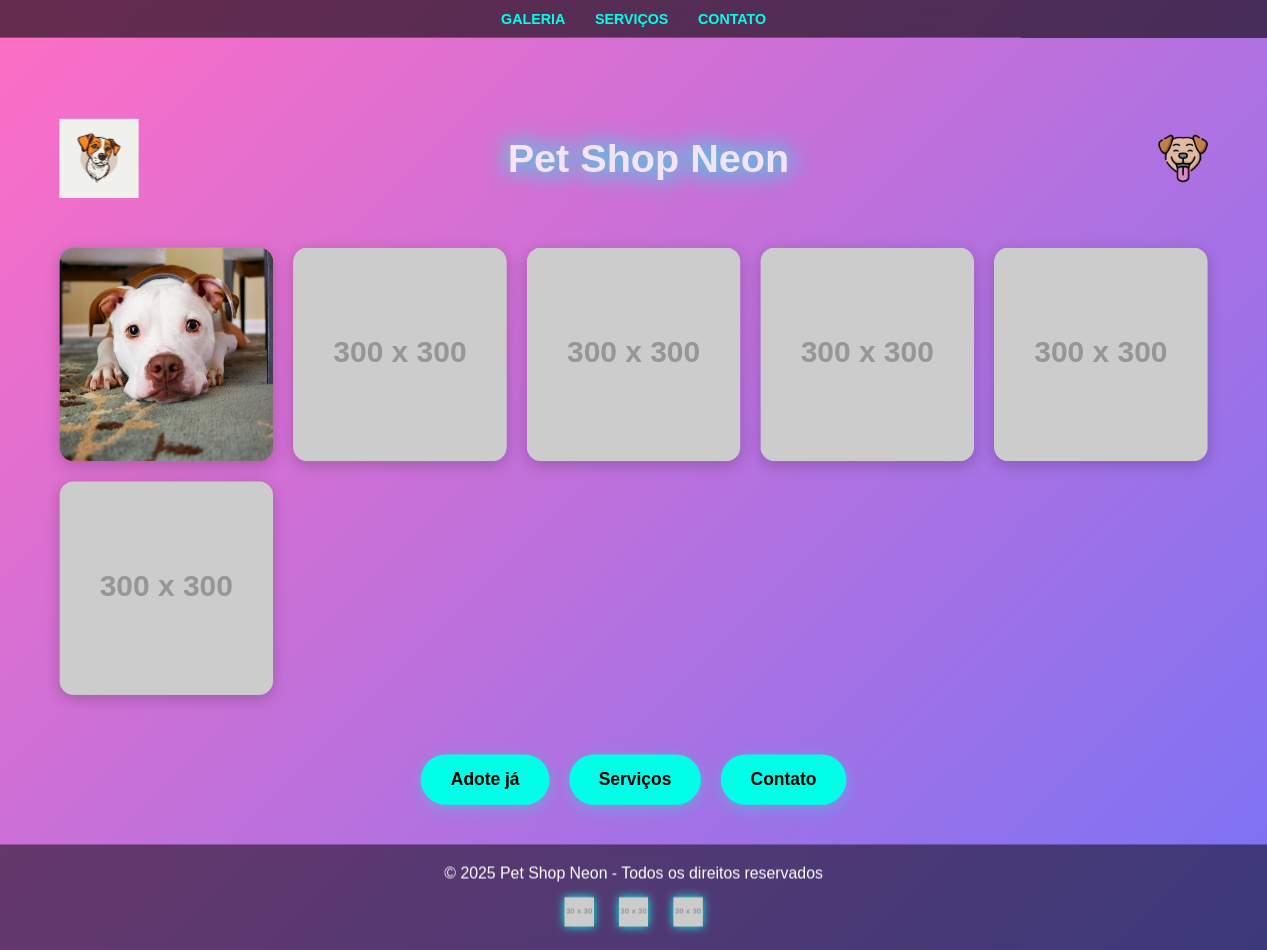
Repository: Sandro1969-tech/Desafio-petshop
Page: index.html
The author's editor kept a copy of each file at every save. The page is drawn from the files as they stood at one save, then again after the next save.
The browser window is 1280 px wide. The pictures show the whole page, at 99% of full size.

Above is the page before, as saved 2025-12-09 18:36:21.

### index.html
<!DOCTYPE html>
<html lang="pt-BR">
<head>
  <meta charset="UTF-8">
  <meta name="viewport" content="width=device-width, initial-scale=1.0">
  <title>Pet Shop Moderno</title>
  <link rel="stylesheet" href="style.css">
</head>
<body>
  <nav class="navbar">
    <ul>
      <li><a href="#gallery">Galeria</a></li>
      <li><a href="#services">Serviços</a></li>
      <li><a href="#contact">Contato</a></li>
    </ul>
  </nav>

  <header>
    <img src="assets/image/logo.jpg" alt="Logo Pet Shop" class="logo">

    <h1 class="neon-title">Pet Shop Neon</h1>

    <img src="assets/image/icon.png" alt="Ícone Pet Shop" class="icon">
  </header>

  <main>
    <section id="gallery" class="gallery">
      <img src="assets/image/cao1.jpg" alt="dog 1">
      <img src="https://via.placeholder.com/300" alt="Pet 2">
      <img src="https://via.placeholder.com/300" alt="Pet 3">
      <img src="https://via.placeholder.com/300" alt="Pet 4">
      <img src="https://via.placeholder.com/300" alt="Pet 5">
      <img src="https://via.placeholder.com/300" alt="Pet 6">
    </section>

    <section id="services" class="buttons">
      <button>Adote já</button>
      <button>Serviços</button>
      <button>Contato</button>
    </section>
  </main>

  <footer id="contact">
    <p>© 2025 Pet Shop Neon - Todos os direitos reservados</p>
    <div class="social-icons">
       <a href="https://instagram.com" target="_blank">
        <img src="https://via.placeholder.com/30?text=IG" alt="Instagram">
      </a>
      <a href="https://wa.me/seunumerowhatsapp" target="_blank">
        <img src="https://via.placeholder.com/30?text=WA" alt="WhatsApp">
      </a>
      <a href="https://facebook.com" target="_blank">
        <img src="https://via.placeholder.com/30?text=FB" alt="Facebook">
      </a>
    </div>
  </footer>
</body>
</html>

### style.css
/* Reset básico */
* {
  margin: 0;
  padding: 0;
  box-sizing: border-box;
}

/* Melhoria 2: Rolagem suave ao clicar nos links do menu */
html {
  scroll-behavior: smooth;
}

/* Fundo com gradiente vibrante e Sticky Footer */
body {
  font-family: 'Arial', sans-serif;
  background: linear-gradient(135deg, #ff6ec4, #7873f5);
  color: #fff;
  min-height: 100vh;
  display: flex;
  flex-direction: column;
}

/* Barra de navegação fixa */
.navbar {
  position: fixed;
  top: 0;
  width: 100%;
  background: rgba(0,0,0,0.6);
  padding: 10px 0;
  z-index: 1000;
  backdrop-filter: blur(5px); /* Adiciona um leve desfoque atrás do menu */
}

.navbar ul {
  list-style: none;
  display: flex;
  justify-content: center;
  gap: 30px;
}

.navbar a {
  text-decoration: none;
  color: #00ffe7;
  font-weight: bold;
  transition: color 0.3s;
  text-transform: uppercase; /* Deixa os links em caixa alta para mais destaque */
  font-size: 0.9rem;
}

.navbar a:hover {
  color: #ff6ec4;
}

/* Cabeçalho */
header {
  display: flex;
  justify-content: space-between;
  align-items: center;
  padding: 120px 20px 30px; /* Aumentei um pouco o padding superior */
  max-width: 1200px; /* Limita a largura em telas muito grandes */
  margin: 0 auto; /* Centraliza se a tela for muito grande */
  width: 100%;
}

.logo {
  width: 80px;
  height: auto; /* Garante a proporção */
}

.icon {
  width: 50px;
  height: auto;
}

/* Título neon com animação */
.neon-title {
  font-size: 2.5rem;
  text-align: center; /* Garante que o texto centralize se quebrar linha */
  color: #fff;
  text-shadow: 0 0 5px #00ffe7, 0 0 10px #00ffe7, 0 0 20px #00ffe7;
  animation: flicker 2s infinite alternate;
}

@keyframes flicker {
  0% { opacity: 1; text-shadow: 0 0 5px #00ffe7, 0 0 10px #00ffe7; }
  50% { opacity: 0.8; text-shadow: 0 0 20px #00ffe7, 0 0 30px #00ffe7; }
  100% { opacity: 1; text-shadow: 0 0 10px #00ffe7, 0 0 20px #00ffe7; }
}

/* Galeria responsiva */
.gallery {
  display: grid;
  /* Ajustei o minmax para 200px para as imagens ficarem um pouco maiores */
  grid-template-columns: repeat(auto-fit, minmax(200px, 1fr));
  gap: 20px;
  padding: 20px;
  max-width: 1200px;
  margin: 0 auto;
  width: 100%;
}

/* Melhoria 3: Padronização das imagens da galeria */
.gallery img {
  width: 100%;
  aspect-ratio: 1 / 1; /* Força a imagem a ser quadrada */
  object-fit: cover; /* Corta a imagem para preencher o quadrado sem distorcer */
  border-radius: 15px;
  transition: transform 0.3s, box-shadow 0.3s;
  box-shadow: 0 4px 15px rgba(0,0,0,0.2); /* Sombra suave */
}

.gallery img:hover {
  transform: scale(1.05);
  box-shadow: 0 8px 25px rgba(0, 255, 231, 0.4); /* Sombra neon ao passar o mouse */
}

/* Botões animados */
.buttons {
  display: flex;
  justify-content: center;
  flex-wrap: wrap; /* Permite que os botões quebrem linha em telas pequenas */
  gap: 20px;
  margin: 40px 20px;
}

button {
  background: #00ffe7;
  border: none;
  padding: 15px 30px;
  border-radius: 50px;
  font-size: 1.1rem;
  font-weight: bold;
  color: #000;
  cursor: pointer;
  transition: all 0.3s ease;
  box-shadow: 0 4px 15px rgba(0, 255, 231, 0.3);
}

button:hover {
  transform: translateY(-5px);
  background: #ff6ec4;
  color: #fff;
  box-shadow: 0 6px 20px rgba(255, 110, 196, 0.5);
}

/* Rodapé */
footer {
  text-align: center;
  padding: 20px;
  background: rgba(0,0,0,0.5);
  margin-top: auto; /* Mantém o rodapé no final */
  backdrop-filter: blur(5px);
}

.social-icons {
  margin-top: 15px;
  display: flex;
  justify-content: center;
  gap: 25px;
}

.social-icons img {
  width: 30px;
  height: 30px;
  transition: transform 0.3s;
  filter: drop-shadow(0 0 5px #00ffe7); /* Adiciona brilho neon aos ícones */
}

.social-icons img:hover {
  transform: scale(1.2) rotate(10deg); /* Pequena rotação ao passar o mouse */
}

/* Melhoria 4: Media Query para telas pequenas (Celulares) */
@media (max-width: 600px) {
  header {
    flex-direction: column;
    gap: 20px;
    padding-top: 100px;
  }

  .neon-title {
    font-size: 2rem;
    order: 2; /* Título fica no meio */
  }

  .logo { order: 1; } /* Logo fica em cima */
  .icon { order: 3; } /* Ícone fica embaixo */

  .navbar ul {
    gap: 15px; /* Menos espaço entre links no mobile */
  }

  .navbar a {
      font-size: 0.8rem;
  }
}

After the next save:
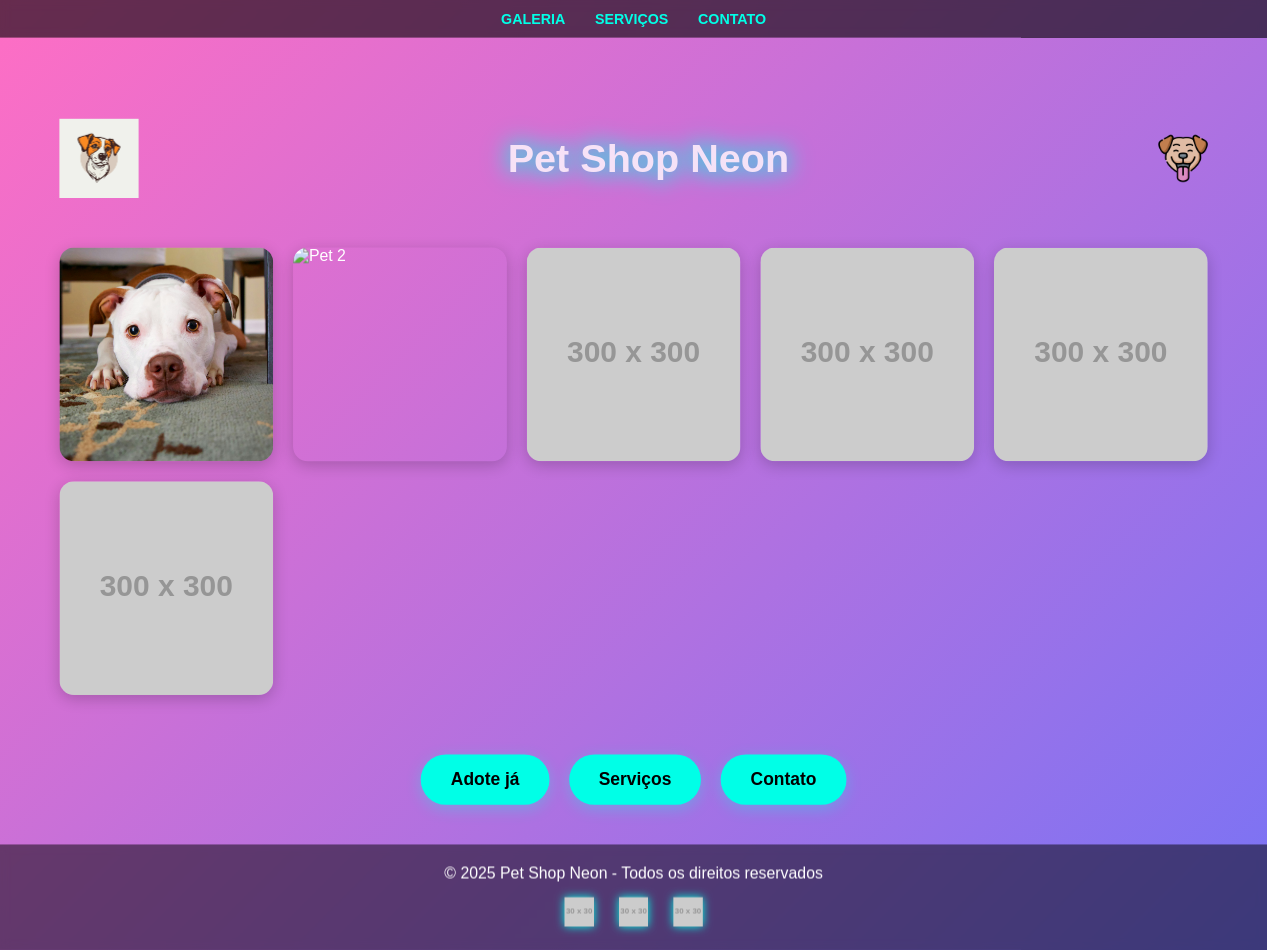
Saved 16 s later.
--- a/index.html
+++ b/index.html
@@ -26,7 +26,7 @@
   <main>
     <section id="gallery" class="gallery">
       <img src="assets/image/cao1.jpg" alt="dog 1">
-      <img src="https://via.placeholder.com/300" alt="Pet 2">
+      <img src="" alt="Pet 2">
       <img src="https://via.placeholder.com/300" alt="Pet 3">
       <img src="https://via.placeholder.com/300" alt="Pet 4">
       <img src="https://via.placeholder.com/300" alt="Pet 5">
